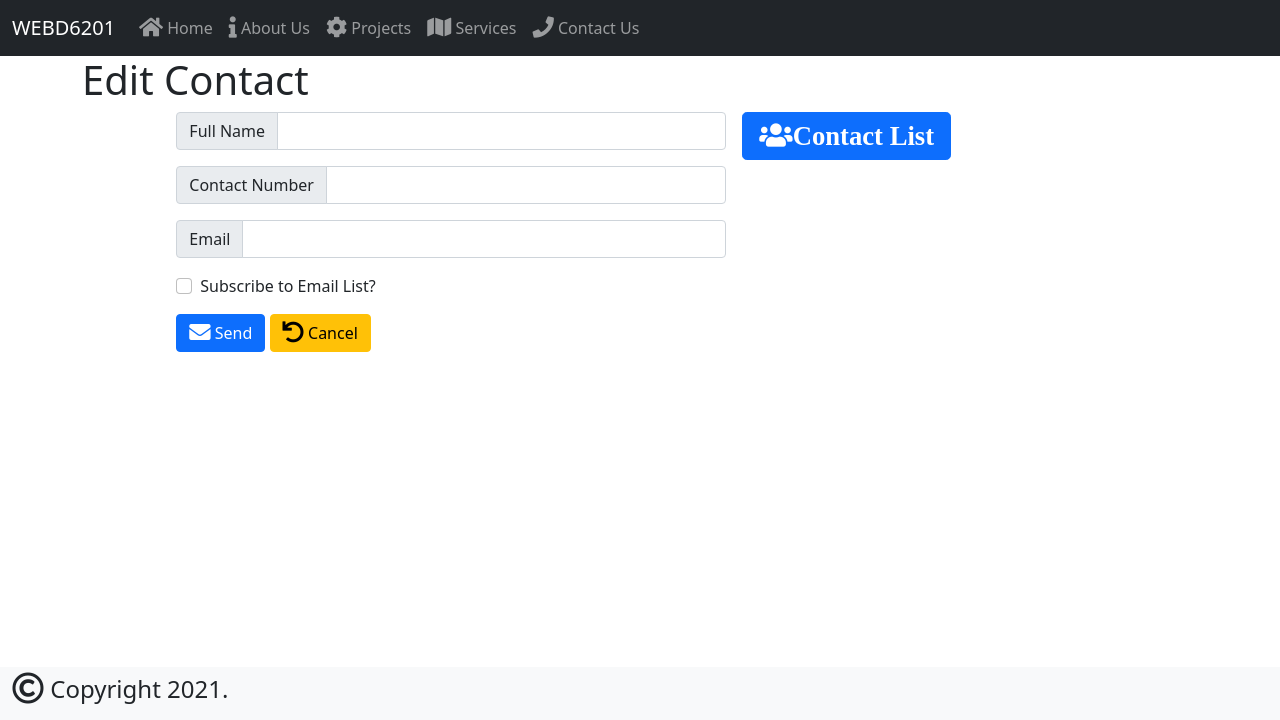
Repository: GarlicButterBoy/WEBD6201-ICE04
Page: edit.html
The author's editor kept a copy of each file at every save. The page is drawn from the files as they stood at one save, then again after the next save.
The browser window is 1280 px wide. The pictures show the whole page.

Above is the page before, as saved 2021-02-10 08:48:26.

After the next save:
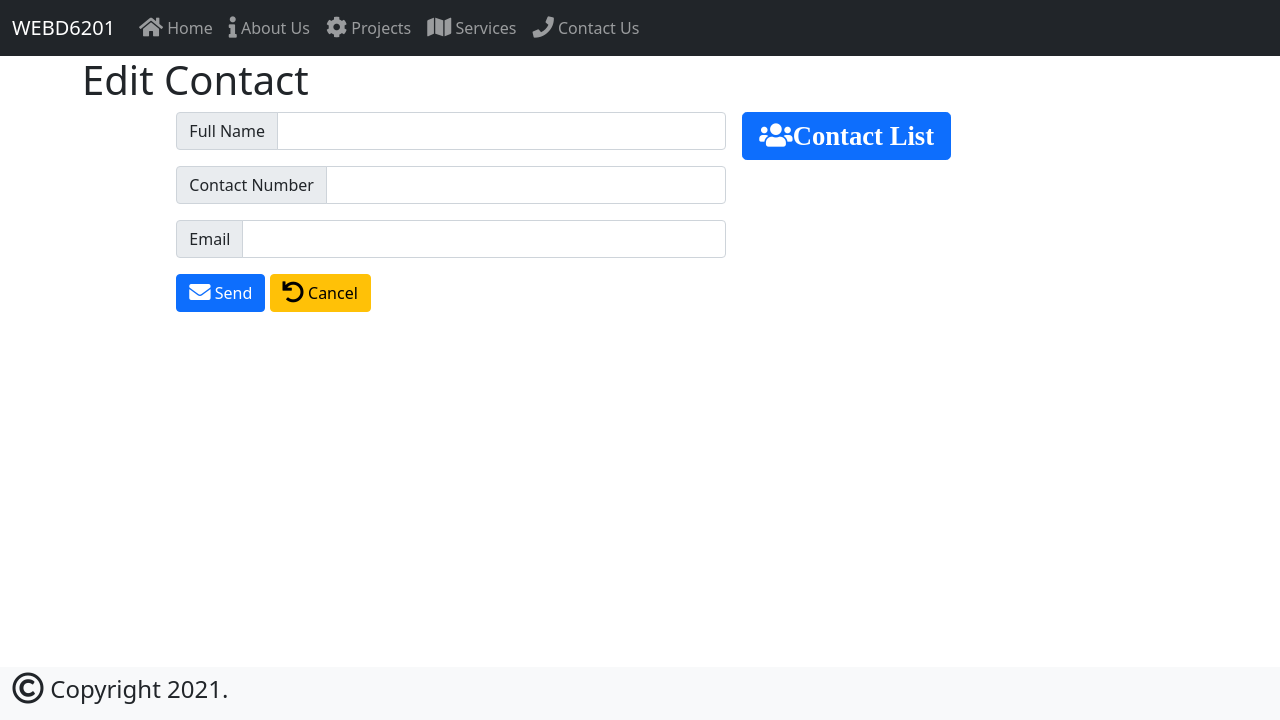
Saved 9 s later.
--- a/edit.html
+++ b/edit.html
@@ -72,12 +72,6 @@
               name="emailAddress" required>
             </div>
 
-            <div class="form-check mb-3">
-              <input class="form-check-input" type="checkbox" value="" id="subscribeCheckbox" name="subscribeCheckbox">
-              <label class="form-check-label" for="subscribeCheckbox">Subscribe to Email List?</label>
-            </div>
-
-
             <button id="sendButton" type="submit" class="btn btn-primary"><i class="fas fa-envelope fa-lg"></i> Send</button>
             <button id="cancelButton" type="reset" class="btn btn-warning"><i class="fas fa-undo fa-lg"></i> Cancel</button>
           </form>
